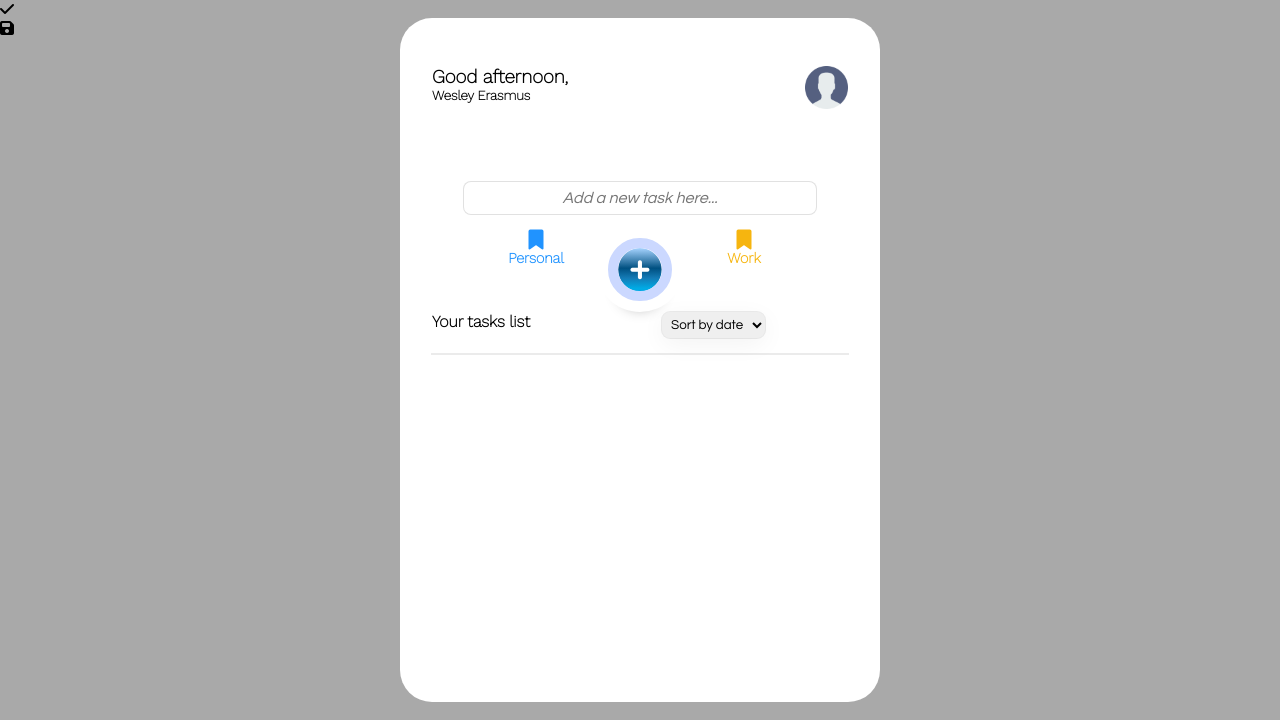
Repository: WesleyErasmus/Todo-App
Page: todoApp.html
These files come from the project's save history. The page is drawn as it stood at one moment and after the next save; the edit follows.
The browser window is 1280 px wide. The pictures show the whole page.
Some web libraries are served in a nearby version.

Above is the page before, as saved 2022-06-13 14:46:24.

After the next save:
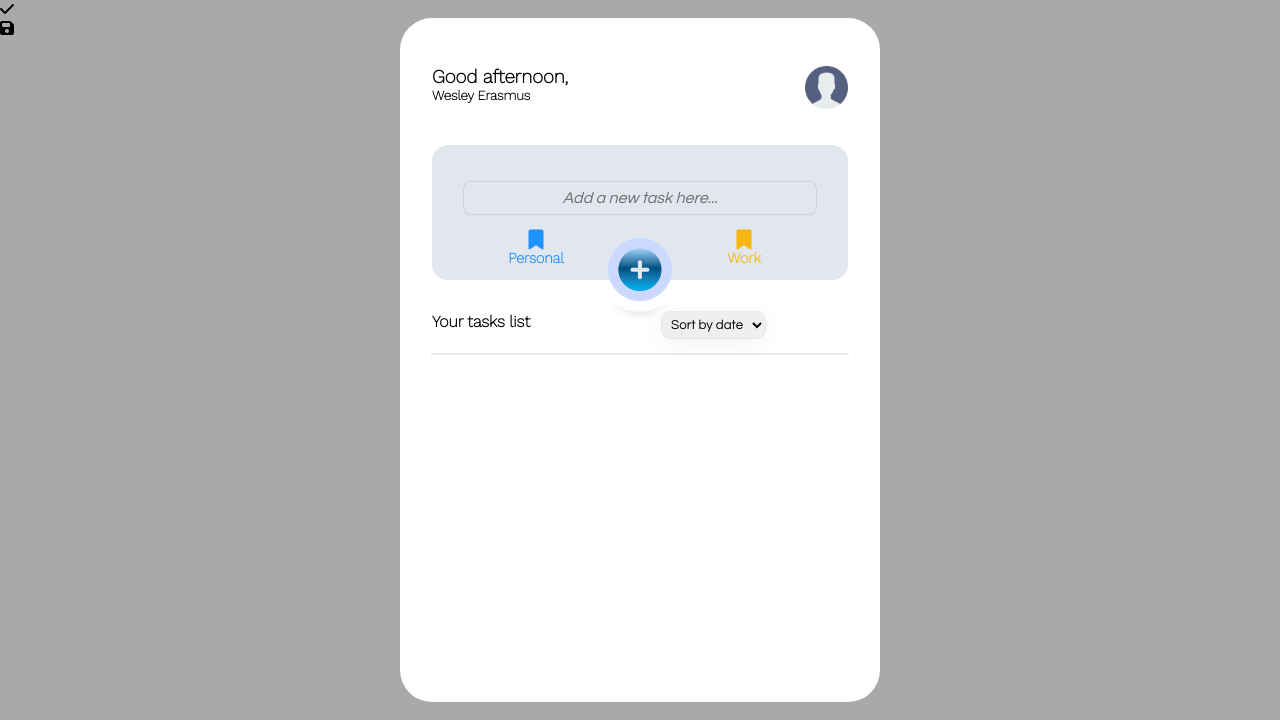
Saved 8 s later.
--- a/source/css/todoApp.css
+++ b/source/css/todoApp.css
@@ -2,7 +2,7 @@
 
 /* CSS Variables */
 :root {
-  --background-color: #fff;
+  --background-color: #e2e6ee;
   --work: #f6b50f;
   --personal: #2093ff;
   --placeholder-text: #444444bc;
